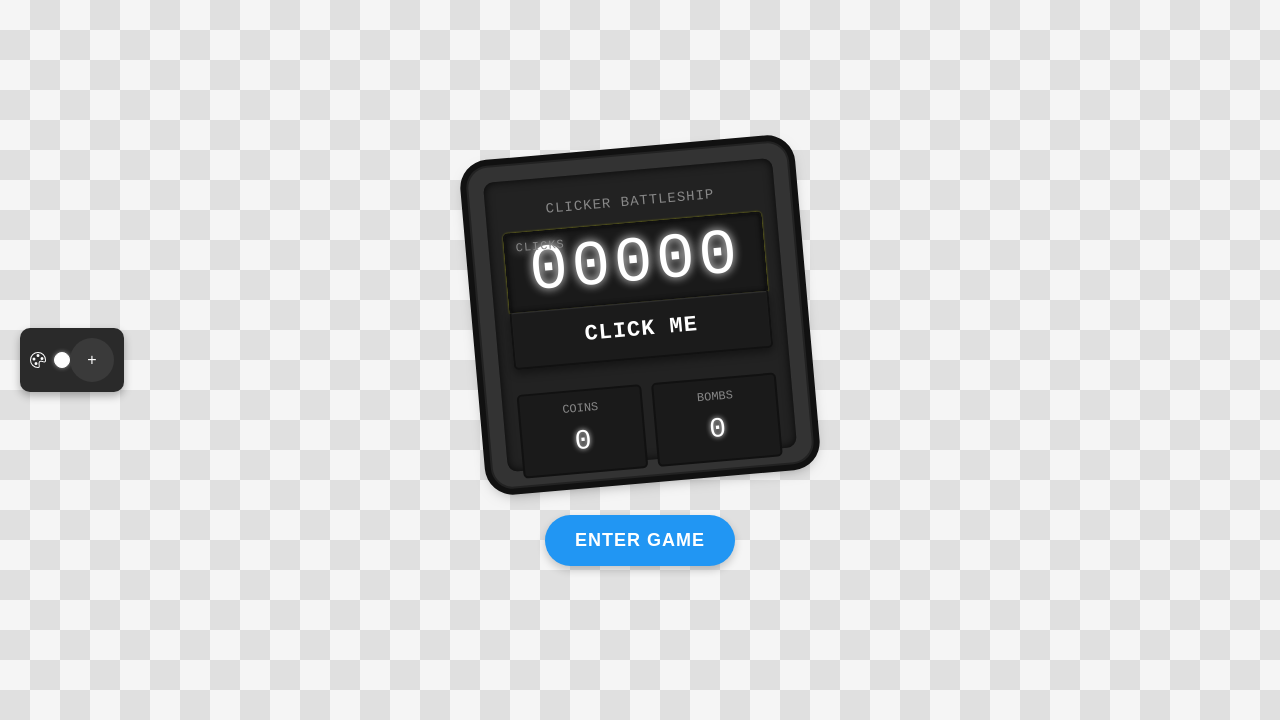
Repository: Moshikol/clicker-battleship
Page: /
These files come from the project's save history. The page is drawn as it stood at one moment and after the next save; the edit follows.
The browser window is 1280 px wide. The pictures show the whole page.
Some web fonts or font styles are not loaded; a fallback is used. The project was rebuilt for these pictures with package versions that can differ from the ones it lists, and the page was loaded fresh each time. Also part of the build but not shown: webpack.config.js, src/components/clicker/Clicker.module.css, src/components/clicker/Clicker.tsx, src/components/grid/ShipPlacement.module.css, src/components/grid/ShipPlacement.tsx, src/components/grid/Grid.module.css, src/components/grid/Grid.tsx, src/components/game/GameBoard.module.css and 6 more.

Above is the page before, as saved 2025-03-18 22:08:59.

After the next save:
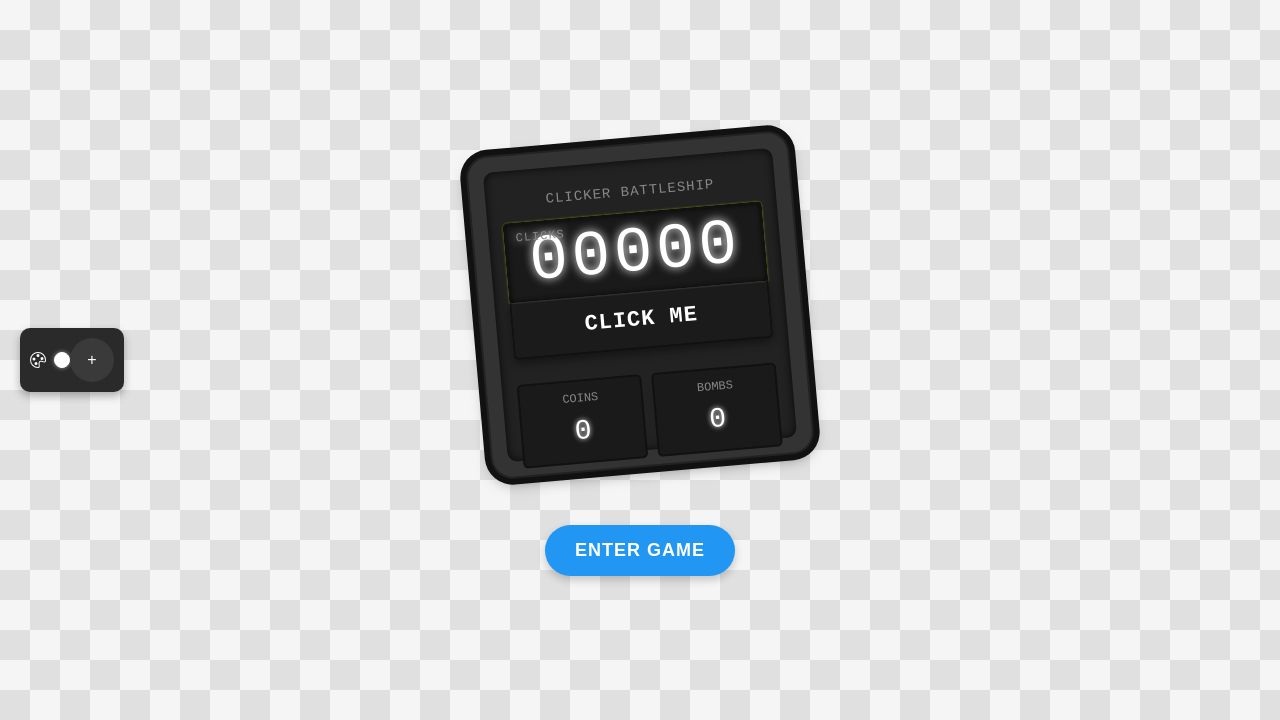
Saved 9 s later.
--- a/src/components/watch/Watch.module.css
+++ b/src/components/watch/Watch.module.css
@@ -14,7 +14,7 @@
 
 .watchOuter {
   width: 320px;
-  margin: 0 auto;
+  margin: 0 auto 20px;
   display: flex;
   flex-direction: column;
   align-items: center;
@@ -241,24 +241,6 @@
   text-shadow: 0 0 10px rgba(57, 255, 20, 0.9);
 }
 
-.watchStrap {
-  width: 80px;
-  height: 200px;
-  background-color: #222;
-  margin-top: -5px;
-  border-radius: 0 0 20px 20px;
-  box-shadow:
-    inset 0 5px 10px rgba(0, 0, 0, 0.8),
-    0 5px 15px rgba(0, 0, 0, 0.3);
-  background-image: linear-gradient(90deg,
-    #222 0%, #333 10%,
-    #222 20%, #333 30%,
-    #222 40%, #333 50%,
-    #222 60%, #333 70%,
-    #222 80%, #333 90%,
-    #222 100%);
-}
-
 .gameNav {
   margin-top: 40px;
   text-align: center;
